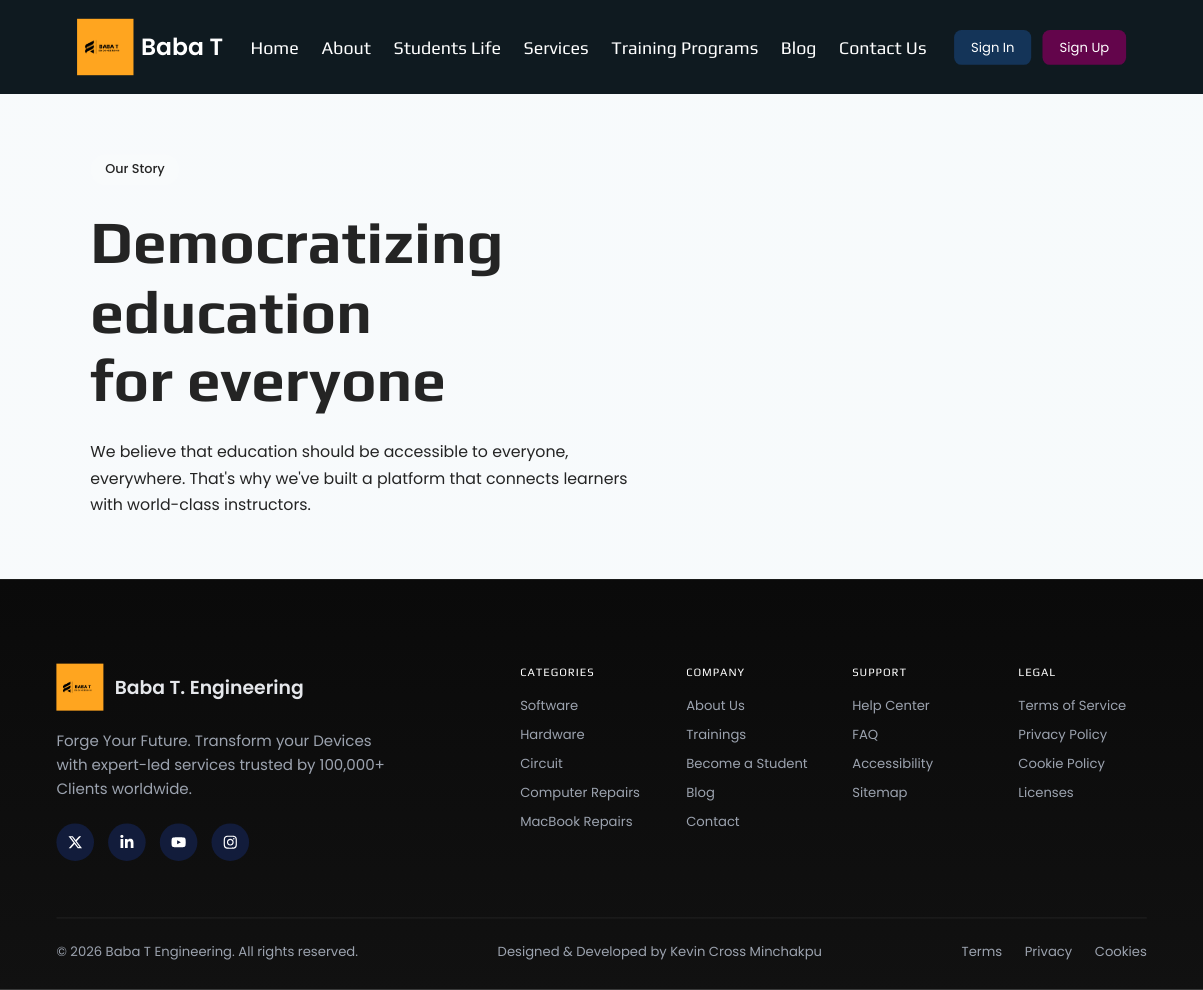
Repository: KC-Minchakpu/babatunde
Page: /about/history
The author's editor kept a copy of each file at every save. The page is drawn from the files as they stood at one save, then again after the next save.
The browser window is 1280 px wide. The pictures show the whole page, at 94% of full size.
The project was rebuilt for these pictures with package versions that can differ from the ones it lists, and the page was loaded fresh each time. The framework's server and built-in components were replaced by stand-ins that run in the browser. Also part of the build but not shown: next.config.ts.

Above is the page before, as saved 2026-02-19 08:53:47.

After the next save:
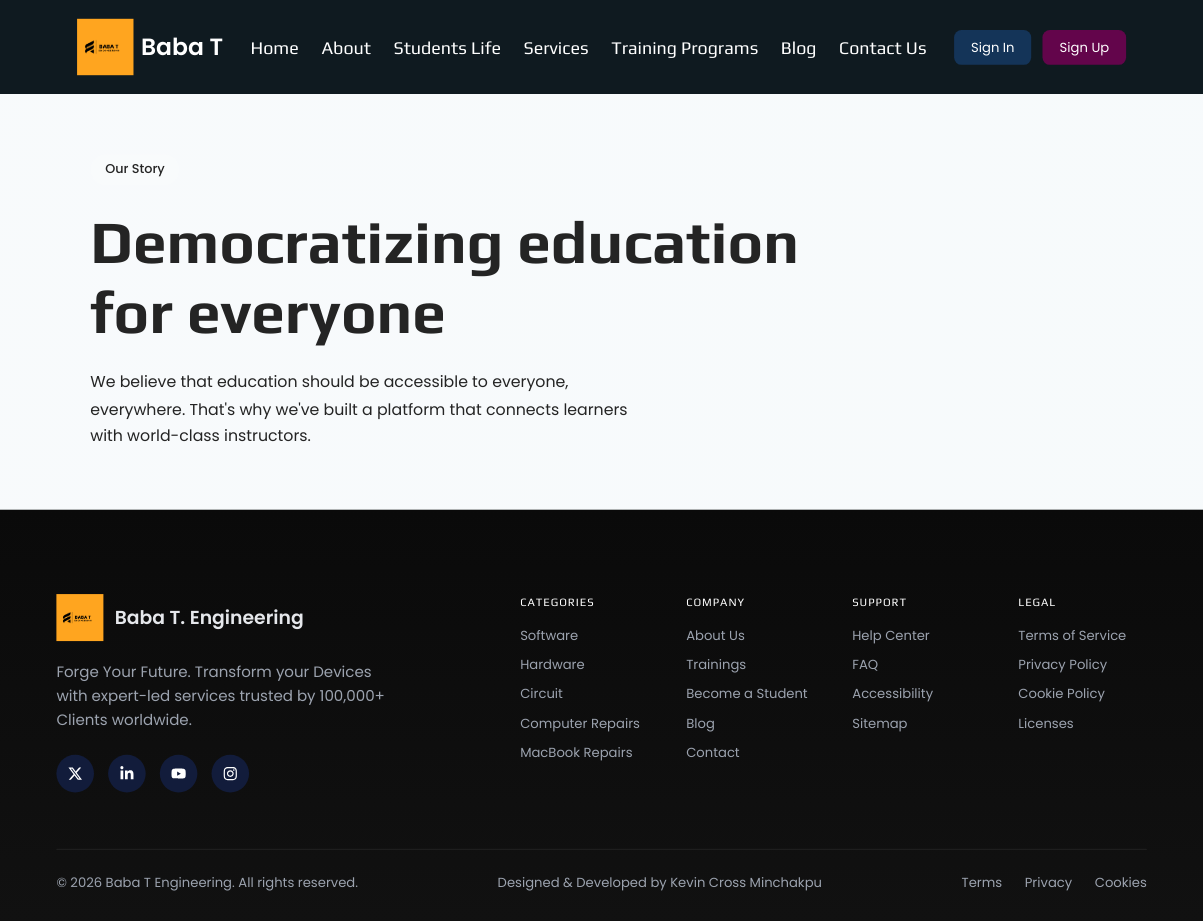
Saved 47 s later.
--- a/src/components/About/OurHistoryHero.module.css
+++ b/src/components/About/OurHistoryHero.module.css
@@ -14,7 +14,7 @@
 }
 
 .content {
-  max-width: 720px;
+  max-width: 960px;
 }
 
 .badge {
